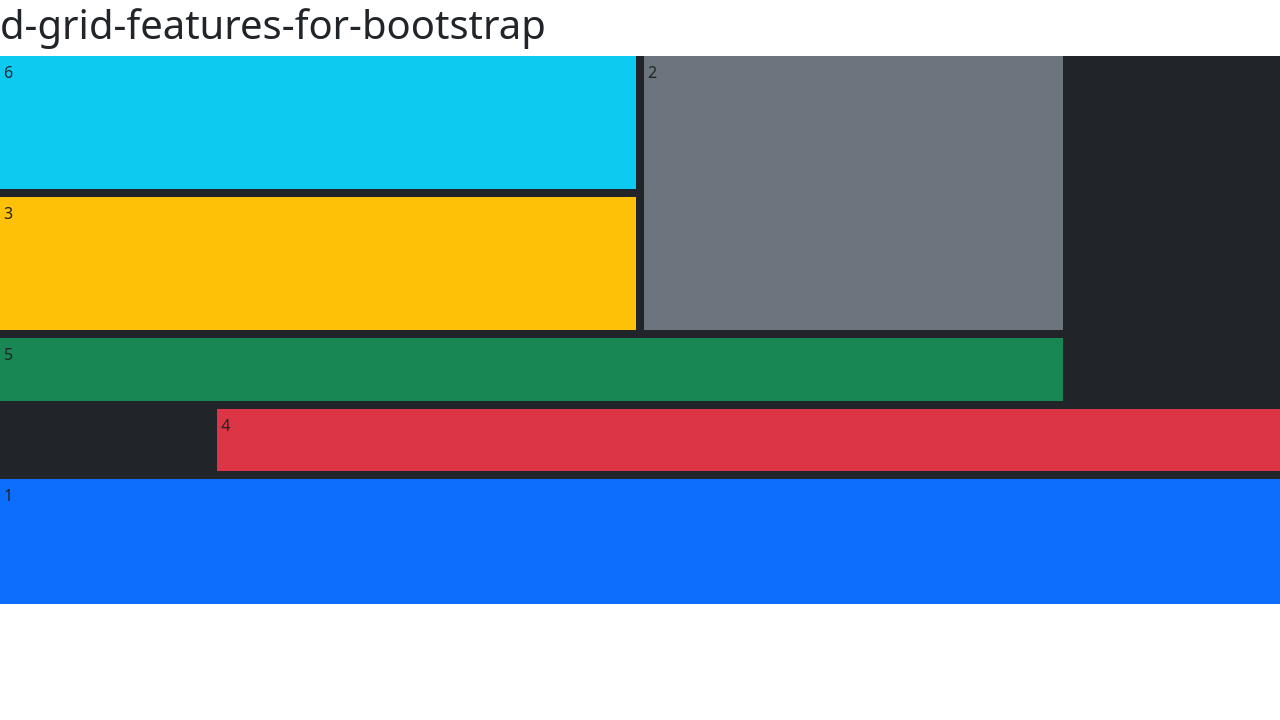
Repository: LynxPardelle/d-grid-features-for-bootstrap
Page: index.html
These files come from the project's save history. The page is drawn as it stood at one moment and after the next save; the edit follows.
The browser window is 1280 px wide. The pictures show the whole page.

Above is the page before, as saved 2021-10-20 06:24:34.

### index.html
<!DOCTYPE html>
<html lang="en">
<head>
  <meta charset="UTF-8">
  <meta http-equiv="X-UA-Compatible" content="IE=edge">
  <meta name="viewport" content="width=device-width, initial-scale=1.0">
  <title>d-grid-features-for-bootstrap</title>
  <link href="https://cdn.jsdelivr.net/npm/bootstrap@5.1.3/dist/css/bootstrap.min.css" rel="stylesheet" integrity="sha384-1BmE4kWBq78iYhFldvKuhfTAU6auU8tT94WrHftjDbrCEXSU1oBoqyl2QvZ6jIW3" crossorigin="anonymous">
</head>
<body>
  <h1>d-grid-features-for-bootstrap</h1>

  <!-- <section class="d-grid bg-dark" data-gfbs data-gfbs-gtc="repeat(4, 1fr)" data-gfbs-gtr="repeat(2, 50px)" > -->
    <!-- <section class="d-grid bg-dark" data-gfbs data-gfbs-gta='"f f b c c a"" f f d e e a"'> -->
      <section class="d-grid bg-dark" data-gfbs
      data-gfbs-gt='
      [row1-start] "a a b ." 12.5px [row1-end]
      [row2-start] "a a b ." 12.5px [row2-end]
      [row3-start] "c c b d" 12.5px [row3-end]
      [row4-start] "c c b d" 12.5px [row4-end]
      [row5-start] "e e e d" 12.5px [row5-end]
      [row6-start] ". f f f" 12.5px [row6-end]
      [row7-start] "g g g g" 25px [row7-end]
      / 1fr 2fr 2fr 1fr'
      data-gfbs-gt-sm='
      [row1-start] "a a b ." 25px [row1-end]
      [row2-start] "a a b ." 25px [row2-end]
      [row3-start] "c c b d" 25px [row3-end]
      [row4-start] "c c b d" 25px [row4-end]
      [row5-start] "e e e d" 25px [row5-end]
      [row6-start] ". f f f" 25px [row6-end]
      [row7-start] "g g g g" 50px [row7-end]
      / 1fr 2fr 2fr 1fr'
      data-gfbs-gt-md='
      [row1-start] "a a b ." 37.5px [row1-end]
      [row2-start] "a a b ." 37.5px [row2-end]
      [row3-start] "c c b d" 37.5px [row3-end]
      [row4-start] "c c b d" 37.5px [row4-end]
      [row5-start] "e e e d" 37.5px [row5-end]
      [row6-start] ". f f f" 37.5px [row6-end]
      [row7-start] "g g g g" 75px [row7-end]
      / 1fr 2fr 2fr 1fr'
      data-gfbs-gt-lg='
      [row1-start] "a a b ." 50px [row1-end]
      [row2-start] "a a b ." 50px [row2-end]
      [row3-start] "c c b d" 50px [row3-end]
      [row4-start] "c c b d" 50px [row4-end]
      [row5-start] "e e e d" 50px [row5-end]
      [row6-start] ". f f f" 50px [row6-end]
      [row7-start] "g g g g" 100px [row7-end]
      / 1fr 2fr 2fr 1fr'
      data-gfbs-gt-xl='
      [row1-start] "a a b ." 62.5px [row1-end]
      [row2-start] "a a b ." 62.5px [row2-end]
      [row3-start] "c c b d" 62.5px [row3-end]
      [row4-start] "c c b d" 62.5px [row4-end]
      [row5-start] "e e e d" 62.5px [row5-end]
      [row6-start] ". f f f" 62.5px [row6-end]
      [row7-start] "g g g g" 125px [row7-end]
      / 1fr 2fr 2fr 1fr'
      data-gfbs-gt-xxl='
      [row1-start] "a a b ." 87.5px [row1-end]
      [row2-start] "a a b ." 87.5px [row2-end]
      [row3-start] "c c b d" 87.5px [row3-end]
      [row4-start] "c c b d" 87.5px [row4-end]
      [row5-start] "e e e d" 87.5px [row5-end]
      [row6-start] ". f f f" 87.5px [row6-end]
      [row7-start] "g g g g" 150px [row7-end]
      / 1fr 2fr 2fr 1fr'
      data-gfbs-gap="0.5rem"
      >
      <!-- data-gfbs-cg="1rem"
      data-gfbs-rg="1rem" -->
    <div data-gfbs data-gfbs-iga="a" data-gfbs-iga-sm="g" class="grid-element bg-primary p-1">
      1
    </div>

    <div data-gfbs data-gfbs-iga="b" class="grid-element bg-secondary p-1">
      2
    </div>
    <div data-gfbs data-gfbs-iga="c" class="grid-element bg-warning p-1">
      3
    </div>
    <div data-gfbs data-gfbs-iga="d" data-gfbs-iga-lg="f" class="grid-element bg-danger p-1">
      4
    </div>
    <div data-gfbs data-gfbs-iga="e" class="grid-element bg-success p-1">
      5
    </div>
    <div data-gfbs data-gfbs-iga="f" data-gfbs-iga-md="a" class="grid-element bg-info p-1">
      6
    </div>
  </section>

  <script src="https://cdn.jsdelivr.net/npm/bootstrap@5.1.3/dist/js/bootstrap.bundle.min.js" integrity="sha384-ka7Sk0Gln4gmtz2MlQnikT1wXgYsOg+OMhuP+IlRH9sENBO0LRn5q+8nbTov4+1p" crossorigin="anonymous"></script>
  <script src="./d-grid.js"></script>
</body>
</html>

### d-grid.js
"use strict";

function gridCreate(){
  let wWidth = window.innerWidth;
  let gridElements = document.querySelectorAll("[data-gfbs]");

  function checkIfHasBP(gridElement, atr) {
    let hasIt = false;
    for (let attribute of gridElement.attributes) {
      let at = attribute.localName;
      if (at.includes(atr)) {
        switch (true) {
          case at.includes("-sm") && wWidth >= 576 && wWidth < 768:
            hasIt = true;
            break;
          case at.includes("-md") && wWidth >= 768 && wWidth < 992:
            hasIt = true;
            break;
          case at.includes("-lg") && wWidth >= 992 && wWidth < 1200:
            hasIt = true;
            break;
          case at.includes("-xl") && wWidth >= 1200 && wWidth < 1400:
            hasIt = true;
            break;
          case at.includes("-xxl") && wWidth >= 1400:
            hasIt = true;
            break;
        }
      }
    }

    return hasIt;
  }

  for (let gridElement of gridElements) {
    for (let attribute of gridElement.attributes) {
      let at = attribute.localName;
      let attValue = attribute.value;

      if (
        at.includes("gfbs-") &&
        ((!at.includes("-sm") &&
          !at.includes("-md") &&
          !at.includes("-lg") &&
          !at.includes("-xl") &&
          !at.includes("-xxl") &&
          !checkIfHasBP(gridElement, at)) ||
          (at.includes("-sm") &&
            wWidth >= 576 &&
            (!at.includes("-md") || (at.includes("-md") && wWidth < 768)) &&
            (!at.includes("-lg") || (at.includes("-lg") && wWidth < 992)) &&
            (!at.includes("-xl") || (at.includes("-xl") && wWidth < 1200)) &&
            (!at.includes("-xll") || (at.includes("-xxl") && wWidth < 1400))) ||
          (at.includes("-md") &&
            wWidth >= 768 &&
            (!at.includes("-lg") || (at.includes("-lg") && wWidth < 992)) &&
            (!at.includes("-xl") || (at.includes("-xl") && wWidth < 1200)) &&
            (!at.includes("-xll") || (at.includes("-xxl") && wWidth < 1400))) ||
          (at.includes("-lg") &&
            wWidth >= 992 &&
            (!at.includes("-xl") || (at.includes("-xl") && wWidth < 1200)) &&
            (!at.includes("-xll") || (at.includes("-xxl") && wWidth < 1400))) ||
          (at.includes("-xl") &&
            wWidth >= 1200 &&
            (!at.includes("-xll") || (at.includes("-xxl") && wWidth < 1400))) ||
          (at.includes("-xxl") && wWidth >= 1400))
      ) {
        switch (true) {
          /* Container */
          case at.includes("custom"):
            gridElement.style.cssText += attValue;
            break;
          case at.includes("gtc"):
            gridElement.style.gridTemplateColumns = attValue;
            break;
          case at.includes("gtr"):
            gridElement.style.gridTemplateRows = attValue;
            break;
          case at.includes("gta"):
            gridElement.style.gridTemplateAreas = attValue;
            break;
          case at.includes("gt"):
            gridElement.style.gridTemplate = attValue;
            break;
          case at.includes("cg"):
            gridElement.style.columnGap = attValue;
            break;
          case at.includes("rg"):
            gridElement.style.rowGap = attValue;
            break;
          case at.includes("gap"):
            gridElement.style.gap = attValue;
            break;
          case at.includes("ji"):
            gridElement.style.justifyItems = attValue;
            break;
          case at.includes("ai"):
            gridElement.style.alignItems = attValue;
            break;
          case at.includes("pi"):
            gridElement.style.placeItems = attValue;
            break;
          case at.includes("jc"):
            gridElement.style.justifyContent = attValue;
            break;
          case at.includes("ac"):
            gridElement.style.alignContent = attValue;
            break;
          case at.includes("pc"):
            gridElement.style.placeContent = attValue;
            break;
          case at.includes("gac"):
            gridElement.style.gridAutoColumns = attValue;
            break;
          case at.includes("gar"):
            gridElement.style.gridAutoRows = attValue;
            break;
          case at.includes("gaf"):
            gridElement.style.gridAutoFlow = attValue;
            break;
          case at.includes("grid"):
            gridElement.style.grid = attValue;
            break;

          /* Item */
          case at.includes("gcs"):
            gridElement.style.gridColumnStart = attValue;
            break;
          case at.includes("gce"):
            gridElement.style.gridColumnEnd = attValue;
            break;
          case at.includes("gc"):
            gridElement.style.gridColumn = attValue;
            break;
          case at.includes("grs"):
            gridElement.style.gridRowStart = attValue;
            break;
          case at.includes("gre"):
            gridElement.style.gridRowEnd = attValue;
            break;
          case at.includes("gr"):
            gridElement.style.gridRow = attValue;
            break;
          case at.includes("iga"):
            gridElement.style.gridArea = attValue;
            break;
          case at.includes("js"):
            gridElement.style.justifySelf = attValue;
            break;
          case at.includes("as"):
            gridElement.style.alignSelf = attValue;
            break;
          case at.includes("ps"):
            gridElement.style.placeSelf = attValue;
            break;
        }
      }
    }
  }
}

window.onload = gridCreate();
window.addEventListener("resize", gridCreate);

After the next save:
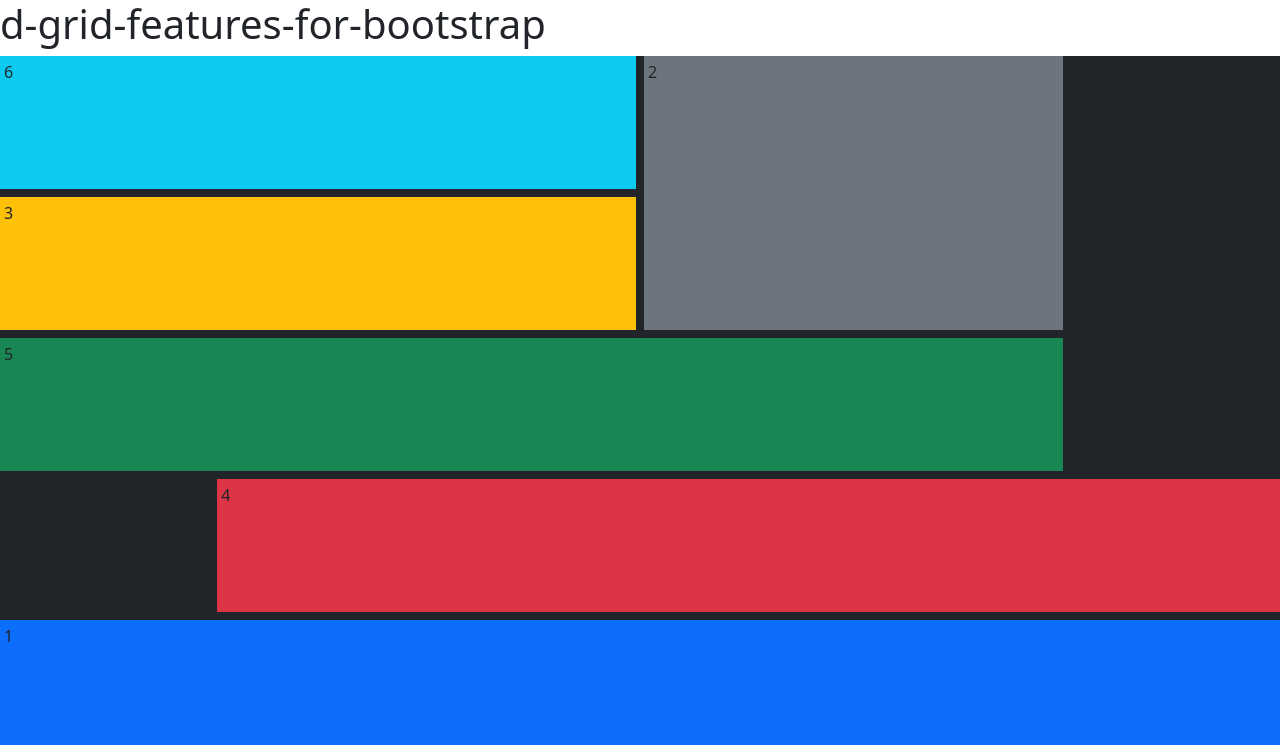
Saved 105 s later.
--- a/index.html
+++ b/index.html
@@ -19,8 +19,10 @@
       [row3-start] "c c b d" 12.5px [row3-end]
       [row4-start] "c c b d" 12.5px [row4-end]
       [row5-start] "e e e d" 12.5px [row5-end]
-      [row6-start] ". f f f" 12.5px [row6-end]
-      [row7-start] "g g g g" 25px [row7-end]
+      [row6-start] "e e e d" 12.5px [row6-end]
+      [row7-start] ". f f f" 12.5px [row7-end]
+      [row8-start] ". f f f" 12.5px [row8-end]
+      [row9-start] "g g g g" 25px [row9-end]
       / 1fr 2fr 2fr 1fr'
       data-gfbs-gt-sm='
       [row1-start] "a a b ." 25px [row1-end]
@@ -28,8 +30,10 @@
       [row3-start] "c c b d" 25px [row3-end]
       [row4-start] "c c b d" 25px [row4-end]
       [row5-start] "e e e d" 25px [row5-end]
-      [row6-start] ". f f f" 25px [row6-end]
-      [row7-start] "g g g g" 50px [row7-end]
+      [row6-start] "e e e d" 25px [row6-end]
+      [row7-start] ". f f f" 25px [row7-end]
+      [row8-start] ". f f f" 25px [row8-end]
+      [row9-start] "g g g g" 50px [row9-end]
       / 1fr 2fr 2fr 1fr'
       data-gfbs-gt-md='
       [row1-start] "a a b ." 37.5px [row1-end]
@@ -37,8 +41,10 @@
       [row3-start] "c c b d" 37.5px [row3-end]
       [row4-start] "c c b d" 37.5px [row4-end]
       [row5-start] "e e e d" 37.5px [row5-end]
-      [row6-start] ". f f f" 37.5px [row6-end]
-      [row7-start] "g g g g" 75px [row7-end]
+      [row6-start] "e e e d" 37.5px [row6-end]
+      [row7-start] ". f f f" 37.5px [row7-end]
+      [row8-start] ". f f f" 37.5px [row8-end]
+      [row9-start] "g g g g" 75px [row9-end]
       / 1fr 2fr 2fr 1fr'
       data-gfbs-gt-lg='
       [row1-start] "a a b ." 50px [row1-end]
@@ -46,8 +52,10 @@
       [row3-start] "c c b d" 50px [row3-end]
       [row4-start] "c c b d" 50px [row4-end]
       [row5-start] "e e e d" 50px [row5-end]
-      [row6-start] ". f f f" 50px [row6-end]
-      [row7-start] "g g g g" 100px [row7-end]
+      [row6-start] "e e e d" 50px [row6-end]
+      [row7-start] ". f f f" 50px [row7-end]
+      [row8-start] ". f f f" 50px [row8-end]
+      [row9-start] "g g g g" 100px [row9-end]
       / 1fr 2fr 2fr 1fr'
       data-gfbs-gt-xl='
       [row1-start] "a a b ." 62.5px [row1-end]
@@ -55,8 +63,10 @@
       [row3-start] "c c b d" 62.5px [row3-end]
       [row4-start] "c c b d" 62.5px [row4-end]
       [row5-start] "e e e d" 62.5px [row5-end]
-      [row6-start] ". f f f" 62.5px [row6-end]
-      [row7-start] "g g g g" 125px [row7-end]
+      [row6-start] "e e e d" 62.5px [row6-end]
+      [row7-start] ". f f f" 62.5px [row7-end]
+      [row8-start] ". f f f" 62.5px [row8-end]
+      [row9-start] "g g g g" 125px [row9-end]
       / 1fr 2fr 2fr 1fr'
       data-gfbs-gt-xxl='
       [row1-start] "a a b ." 87.5px [row1-end]
@@ -64,8 +74,10 @@
       [row3-start] "c c b d" 87.5px [row3-end]
       [row4-start] "c c b d" 87.5px [row4-end]
       [row5-start] "e e e d" 87.5px [row5-end]
-      [row6-start] ". f f f" 87.5px [row6-end]
-      [row7-start] "g g g g" 150px [row7-end]
+      [row6-start] "e e e d" 87.5px [row6-end]
+      [row7-start] ". f f f" 87.5px [row7-end]
+      [row8-start] ". f f f" 87.5px [row8-end]
+      [row9-start] "g g g g" 150px [row9-end]
       / 1fr 2fr 2fr 1fr'
       data-gfbs-gap="0.5rem"
       >
